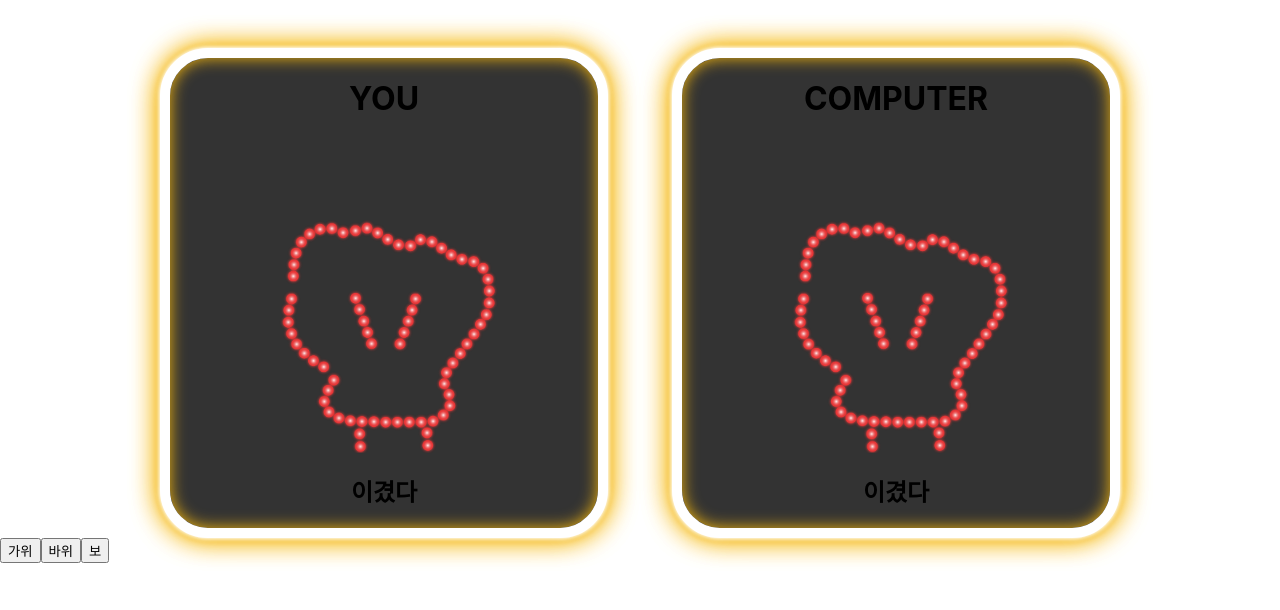
Repository: KIMMIHYE12/classComponent
Page: /
These files come from the project's save history. The page is drawn as it stood at one moment and after the next save; the edit follows.
The browser window is 1280 px wide. The pictures show the whole page.
The project was rebuilt for these pictures with package versions that can differ from the ones it lists, and the page was loaded fresh each time.

Above is the page before, as saved 2024-03-18 21:02:21.

After the next save:
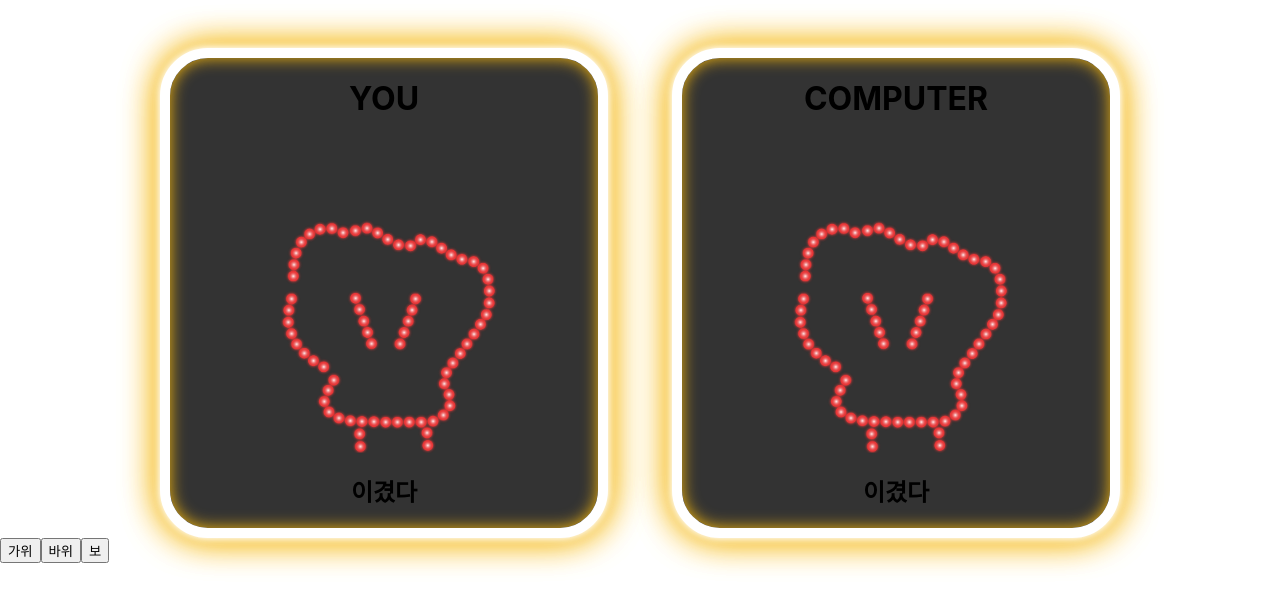
Saved 22 s later.
--- a/src/App.css
+++ b/src/App.css
@@ -19,8 +19,8 @@
   border: 10px solid #fff;
   background: #333;
   border-radius: 3rem;
-  box-shadow: 0 0 5px #fff, 0 0 5px #fff, 0 0 28px #f5b70c, 0 0 8px #f5b70c,
-    0 0 28px #f5b70c, inset 0 0 16px #f5b70c;
+  box-shadow: 0 0 10px #fff, 0 0 10px #fff, 0 0 36px #f5b70c, 0 0 8px #f5b70c,
+    0 0 36px #f5b70c, inset 0 0 16px #f5b70c;
 }
 img {
   width: 70%;
